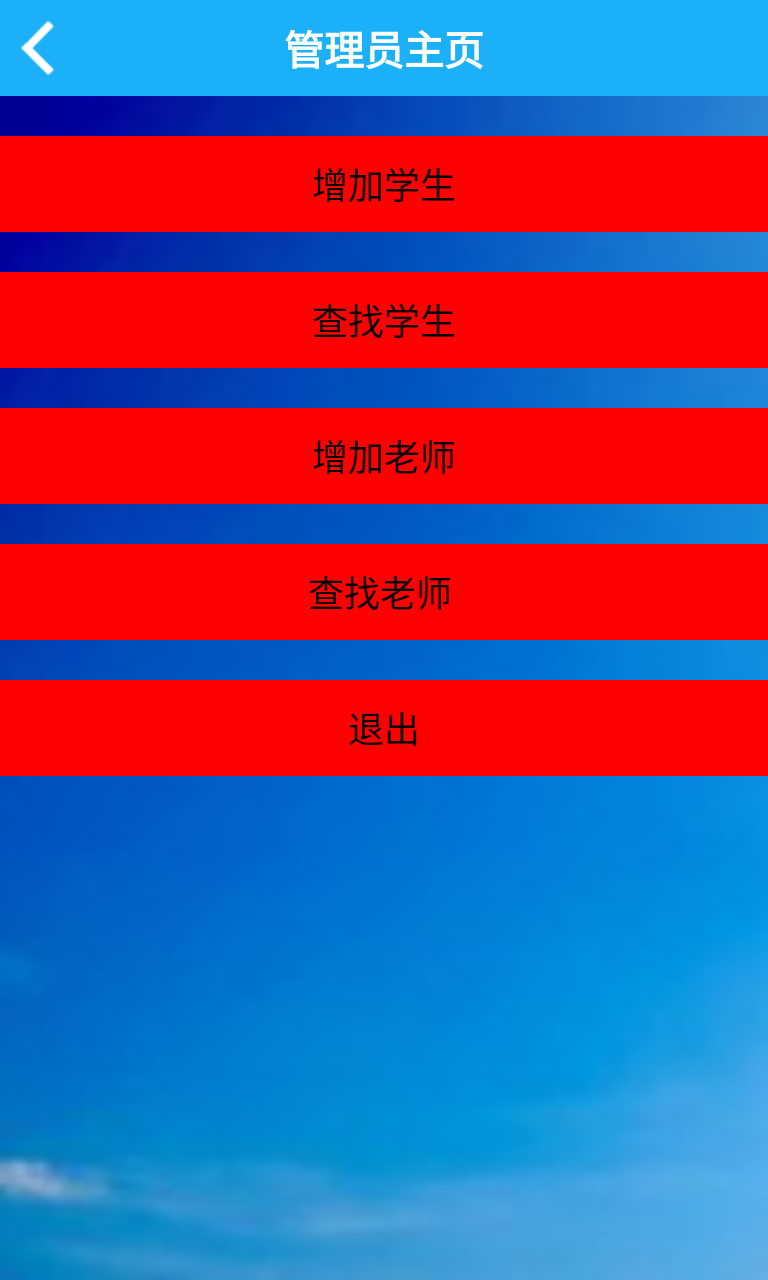
Repository: 15862175370/MyProject
Layout: 毕业设计系统源码_李伟/client/TeachSystem/res/layout/administrator_center.xml
An editor plug-in stored every save of this project. The layout is shown before and after the next save, followed by the edit.
It is drawn on a 768 x 1280 px phone screen (xhdpi) without system bars, with theme AppTheme; the app's code is not run.

Above is the layout before, as saved 2016-05-20 08:03:37.

After the next save:
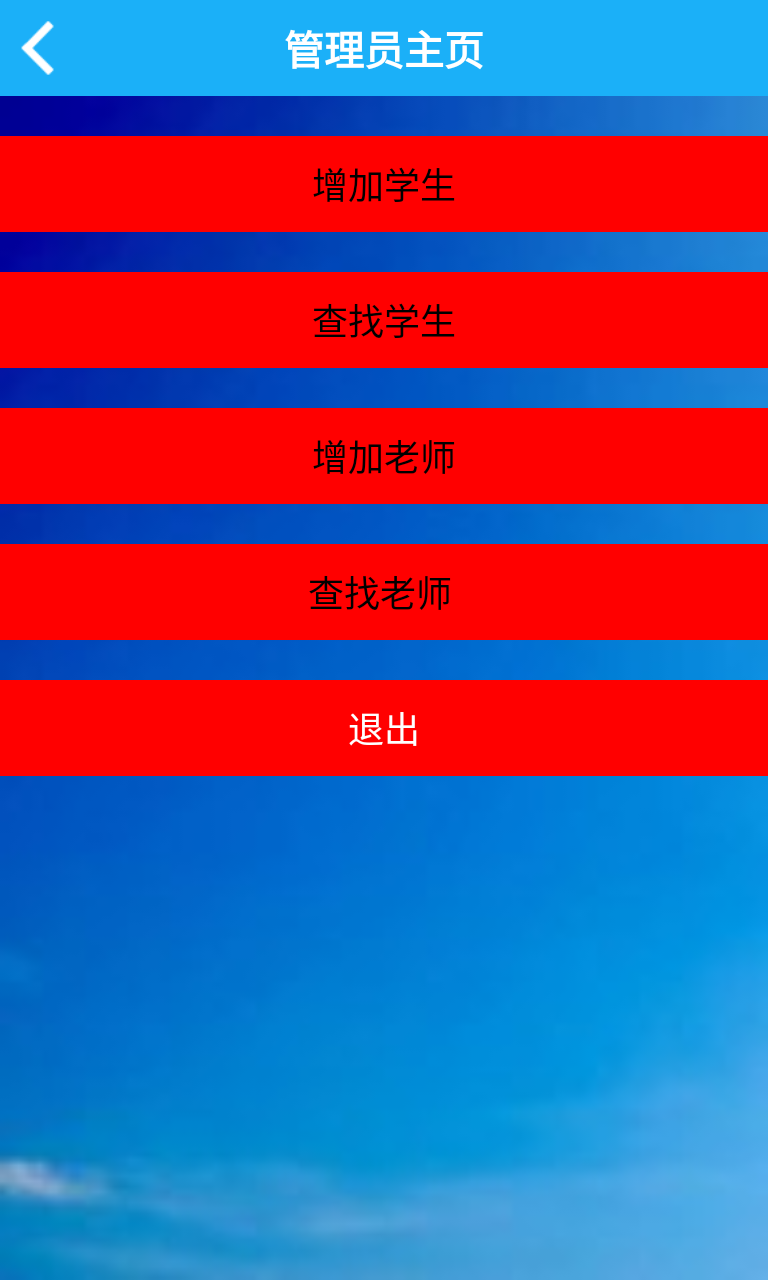
Saved 17 s later.
--- a/毕业设计系统源码_李伟/client/TeachSystem/res/layout/administrator_center.xml
+++ b/毕业设计系统源码_李伟/client/TeachSystem/res/layout/administrator_center.xml
@@ -76,7 +76,7 @@
         android:text="查找老师 " />
 
     <Button
-        android:textSize="#ffffff"
+        android:textColor="#ffffff"
         android:layout_marginTop="20dp"
         android:background="#ff0000"
         android:id="@+id/button1"

After the save that followed:
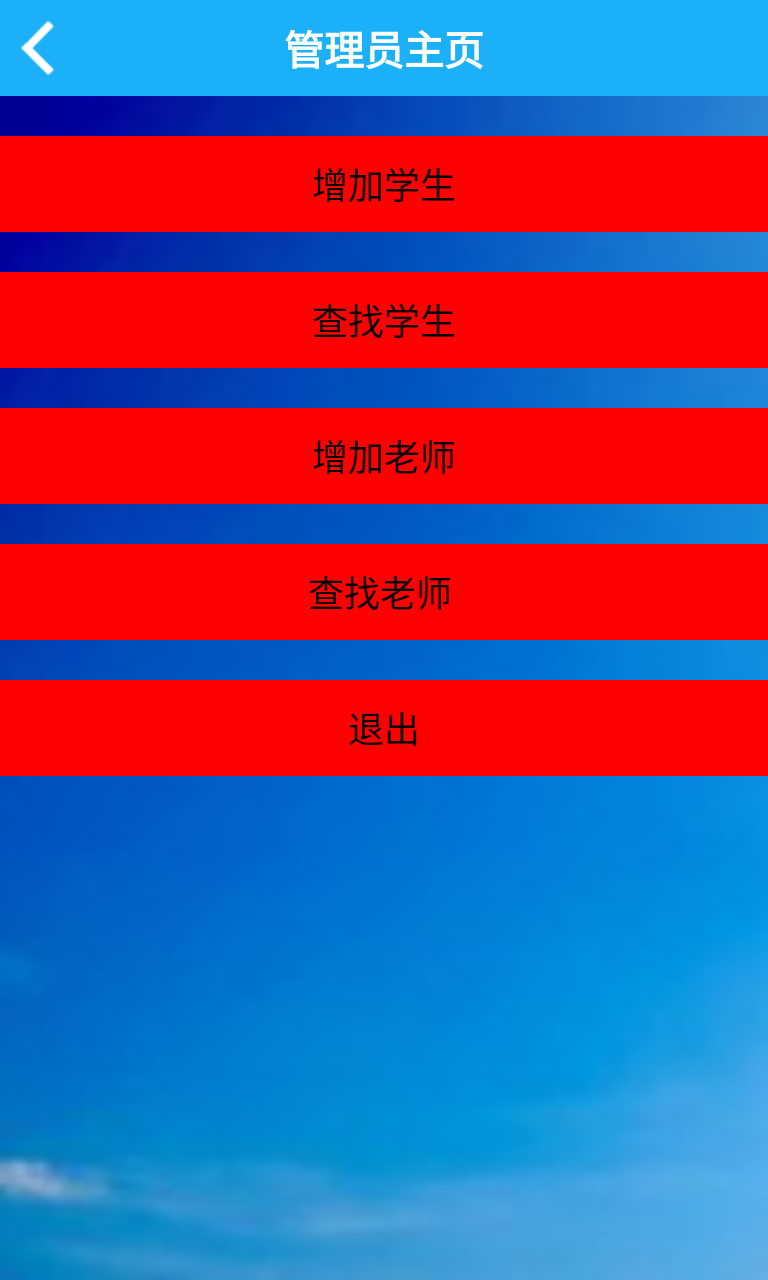
Saved 34 s later.
--- a/毕业设计系统源码_李伟/client/TeachSystem/res/layout/administrator_center.xml
+++ b/毕业设计系统源码_李伟/client/TeachSystem/res/layout/administrator_center.xml
@@ -76,7 +76,6 @@
         android:text="查找老师 " />
 
     <Button
-        android:textColor="#ffffff"
         android:layout_marginTop="20dp"
         android:background="#ff0000"
         android:id="@+id/button1"
